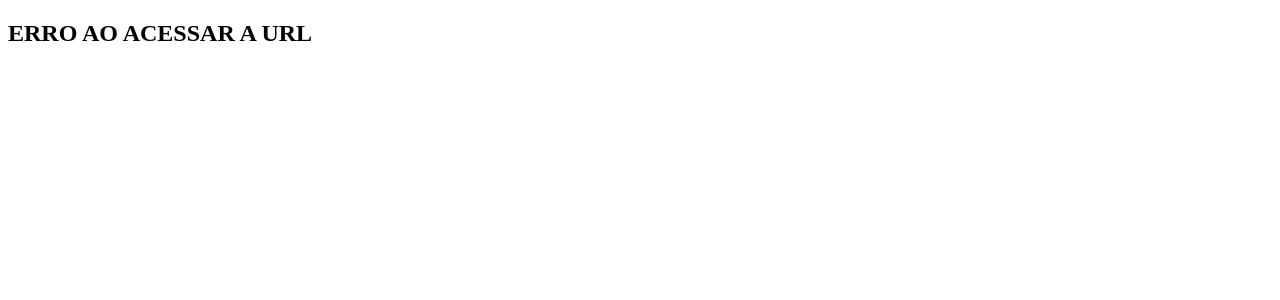
Repository: alexandredct/java-2
Page: http://localhost/dia02/error.jsp
An editor plug-in stored every save of this project. The page is shown before and after the next save, followed by the edit.
The browser window is 1280 px wide. The pictures show the whole page.
The page is served by Tomcat 9.

Above is the page before, as saved 2019-08-28 17:40:55.

After the next save:
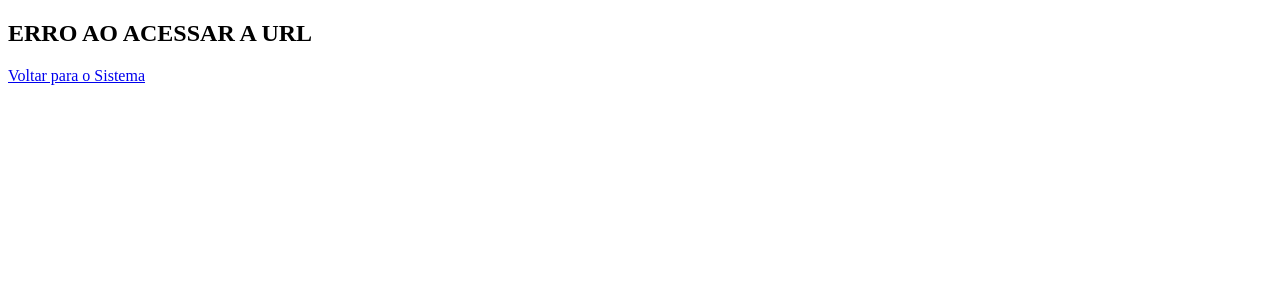
Saved 49 s later.
--- a/dia02/WebContent/error.jsp
+++ b/dia02/WebContent/error.jsp
@@ -9,5 +9,7 @@
 <body>
 <h2>ERRO AO ACESSAR A URL</h2>
 ${msg}
+
+<a href="sistema.jsp">Voltar para o Sistema</a>
 </body>
 </html>
